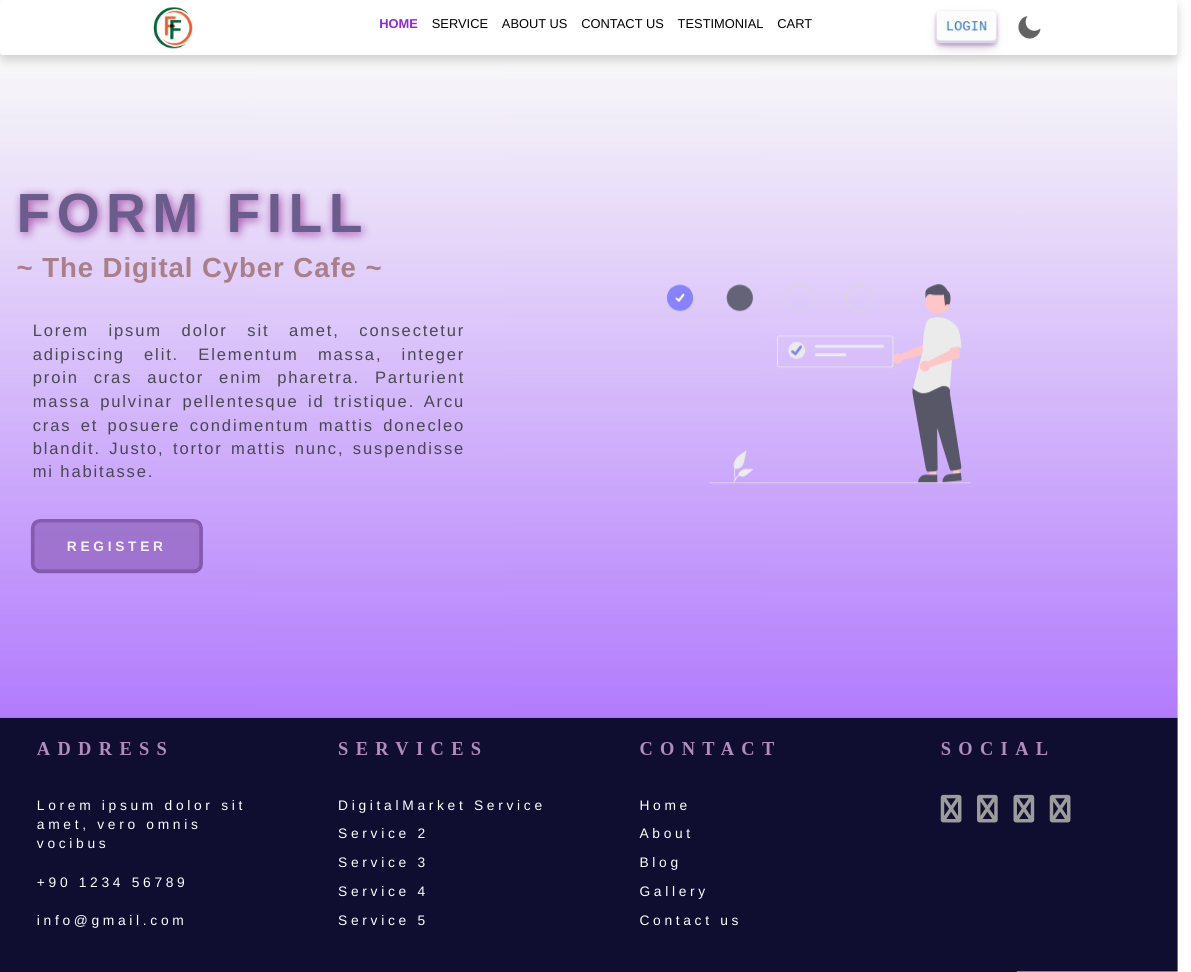
Repository: codervivek5/Formfil
Page: index.html
These files come from the project's save history. The page is drawn as it stood at one moment and after the next save; the edit follows.
The browser window is 1280 px wide. The page is 1295 px wide, so the pictures cover 1295 px, including what lies to the right of the window. The pictures show the whole page, at 92% of full size.
Some web fonts or font styles are not loaded; a fallback is used.

Above is the page before, as saved 2023-03-04 21:09:03.

After the next save:
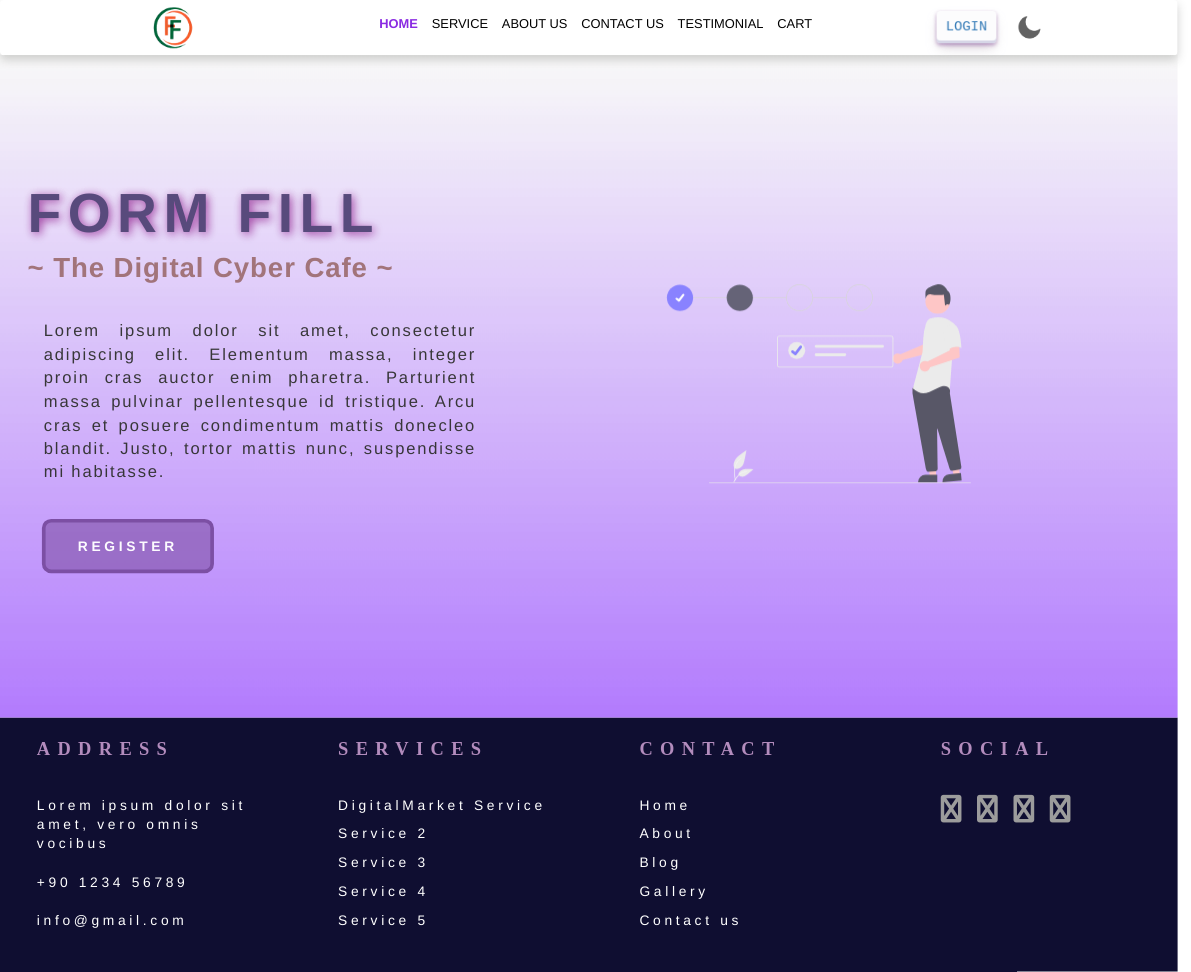
Saved 15 s later.
--- a/style/style.css
+++ b/style/style.css
@@ -465,8 +465,8 @@ footer ul li{
 	text-align: center;
 }
 .animated {
-  -webkit-animation-duration: 10s;
-  animation-duration: 10s;
+  -webkit-animation-duration: 7s;
+  animation-duration: 7s;
   -webkit-animation-fill-mode: both;
   animation-fill-mode: both;
 }
